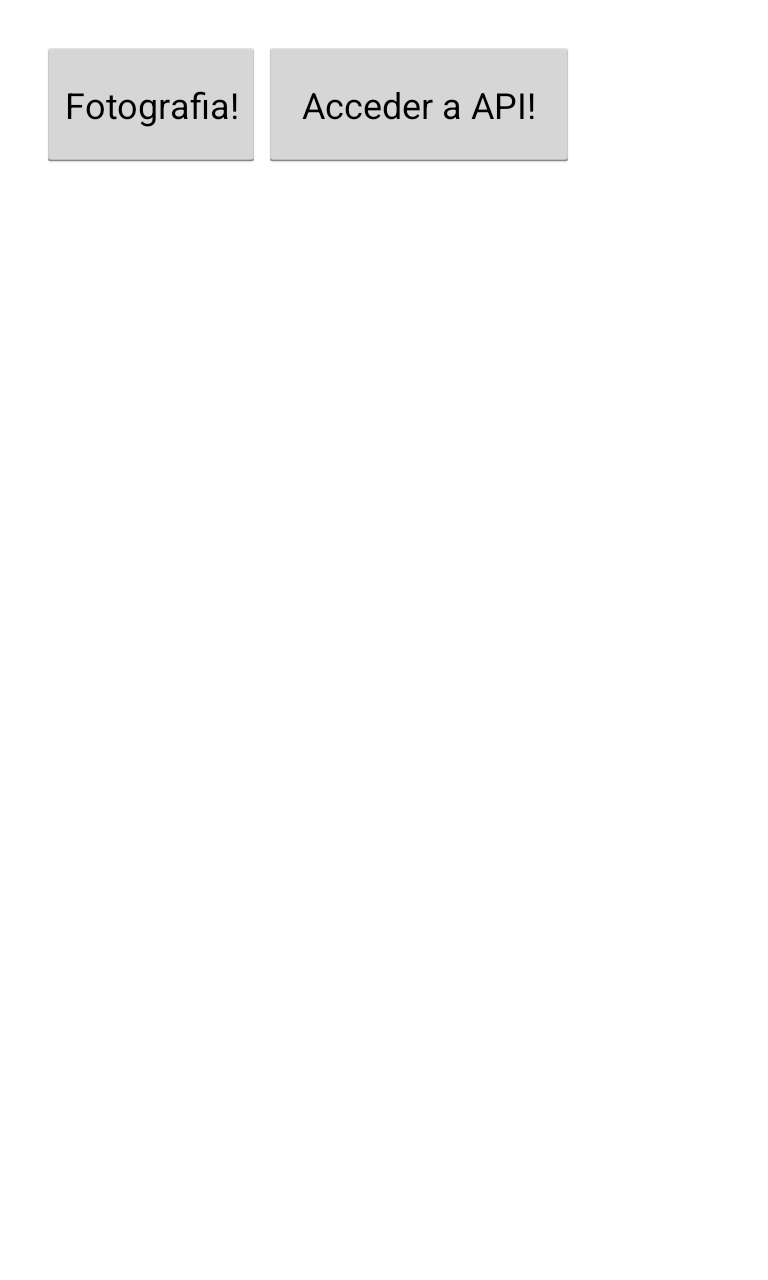
Repository: sstevenmr/SP-Galileo
Layout: Demo3_10/res/layout/activity_main.xml
These files come from the project's save history. The layout is drawn as it stood at one moment and after the next save; the edit follows.
It is drawn on a 768 x 1280 px phone screen (xhdpi) without system bars, with theme AppTheme; the app's code is not run. Lists and similar views that code fills are empty.

Above is the layout before, as saved 2014-02-24 17:11:28.

After the next save:
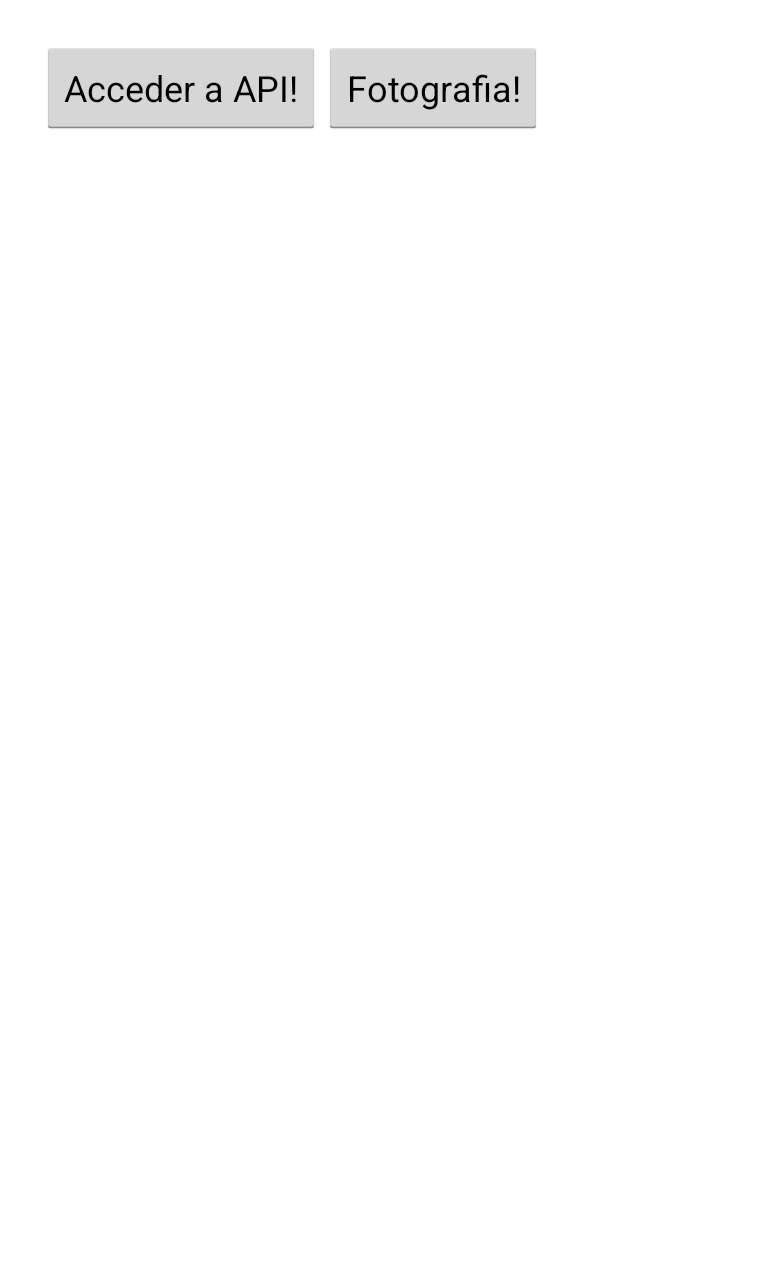
Saved 32 s later.
--- a/Demo3_10/res/layout/activity_main.xml
+++ b/Demo3_10/res/layout/activity_main.xml
@@ -13,19 +13,18 @@
         android:layout_height="wrap_content" >
 
    		<Button
+   		    android:id="@+id/btnUpdate"
+   		    android:layout_width="wrap_content"
+   		    android:layout_height="wrap_content"
+   		    android:gravity="center"
+   		    android:text="@string/btn_Update" />
+
+   		<Button
    		    android:id="@+id/btnPhoto"
    		    android:layout_width="wrap_content"
    		    android:layout_height="match_parent"
    		    android:gravity="center"
    		    android:text="@string/btn_Photo" />
-
-        <Button
-            android:id="@+id/btnUpdate"
-            android:layout_width="wrap_content"
-            android:layout_height="wrap_content"
-            android:gravity="center"
-            android:padding="20dp"
-            android:text="@string/btn_Update" />
 
     </LinearLayout>
 
